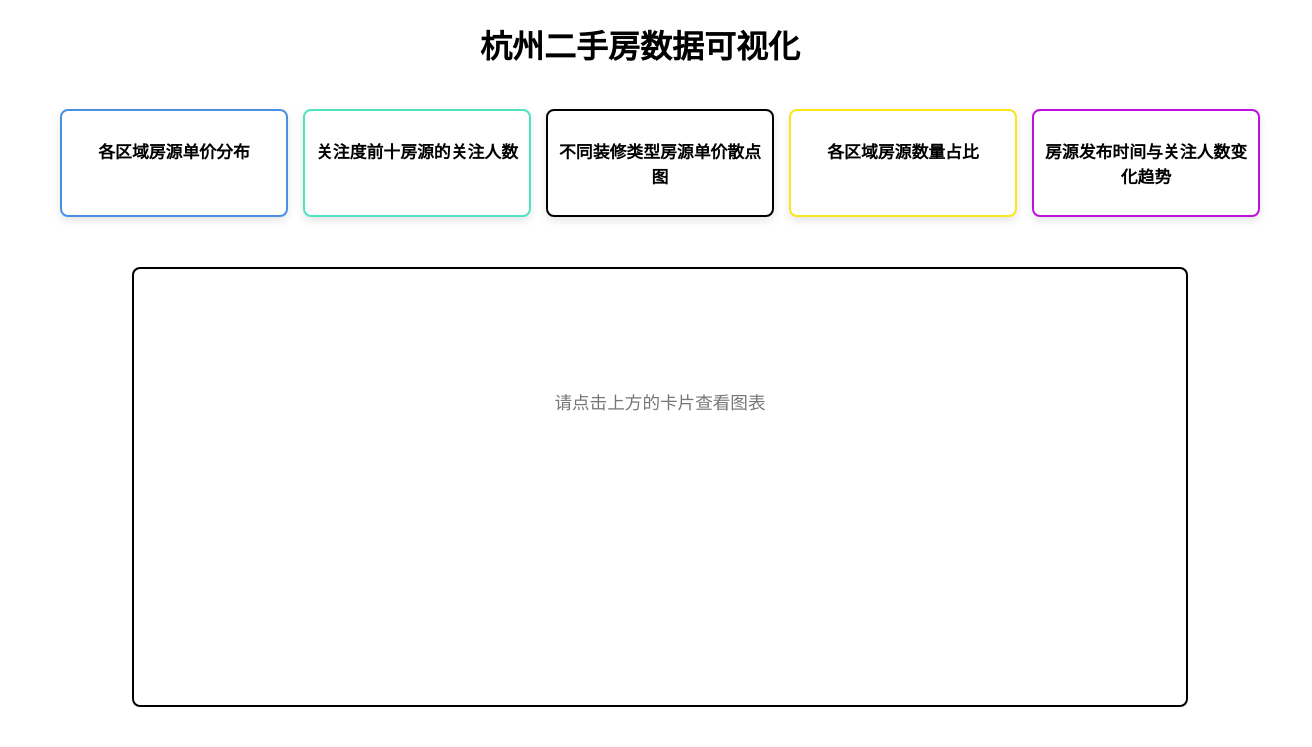
Repository: sakimi-9/DPV-SHP_HangZhou
Page: / (app in rendering/)
These files come from the project's save history. The page is drawn as it stood at one moment and after a run of saves; the edit follows.
The browser window is 1280 px wide. The page is 1312 px wide, so the pictures cover 1312 px, including what lies to the right of the window. The pictures show the whole page.
The project was rebuilt for these pictures with package versions that can differ from the ones it lists, and the page was loaded fresh each time. Also part of the build but not shown: rendering/vite.config.ts.

Above is the page before, as saved 2025-05-29 12:07:42.

After the next 2 saves:
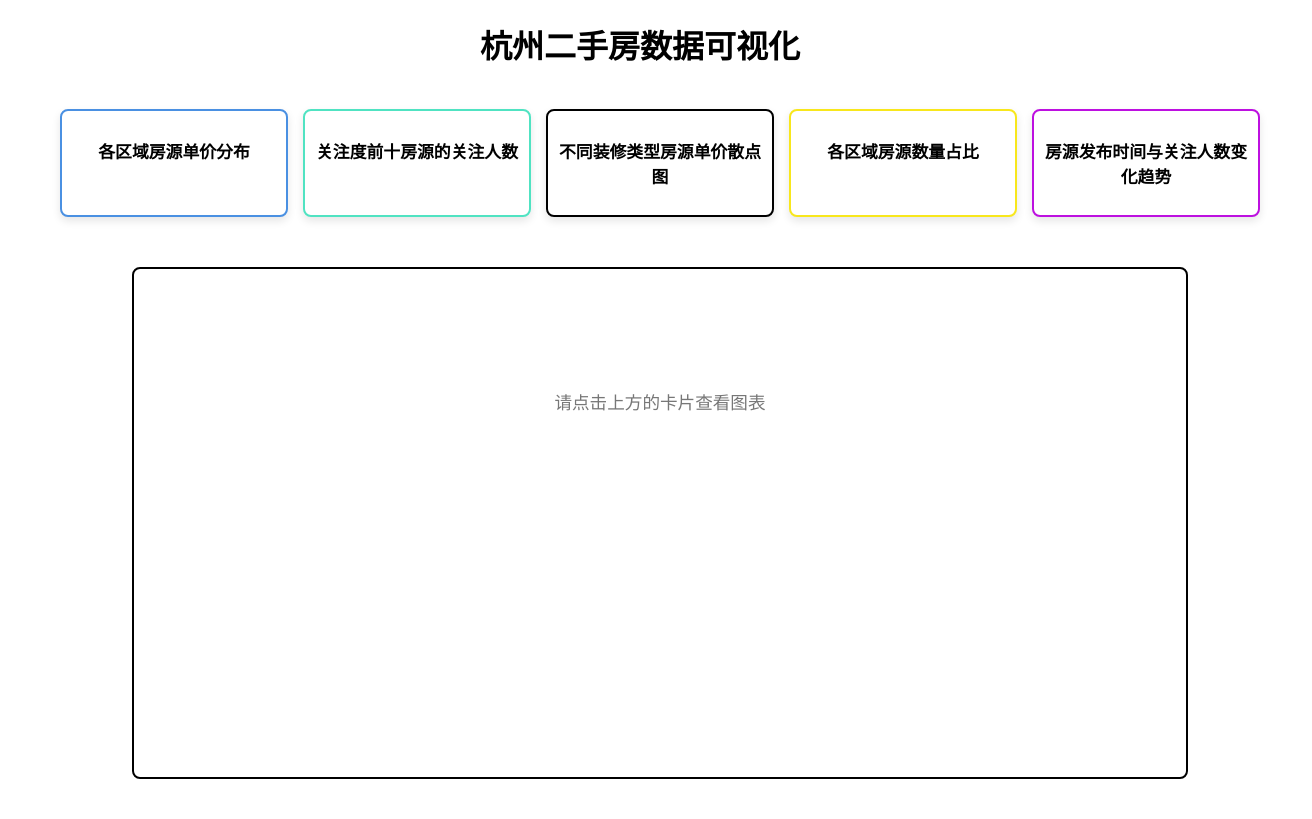
The 2 saves are shown as one change because they came seconds apart.
The last was saved 97 s later.
--- a/rendering/src/components/HouseCharts.vue
+++ b/rendering/src/components/HouseCharts.vue
@@ -528,7 +528,7 @@ onMounted(() => {
     width: 80%;
     flex-direction: column;
     align-items: center;
-    min-height: 55vh;
+    min-height: 65vh;
     /* Ensure a minimum height for the box, adjusted for larger chart */
     /* Ensure a minimum height for the box */
 }
@@ -542,9 +542,7 @@ onMounted(() => {
 /* 调整这里的 width 和 height 可以直接改变图表的大小 */
 .chart-display-area>div[ref] {
     width: 100%;
-    /* 让图表占据父容器的全部宽度 */
-    height: 40vh;
-    /* 保持您设置的高度 */
+    height: 60vh;
     /* 例如，占视口高度的 70% */
 }
 
